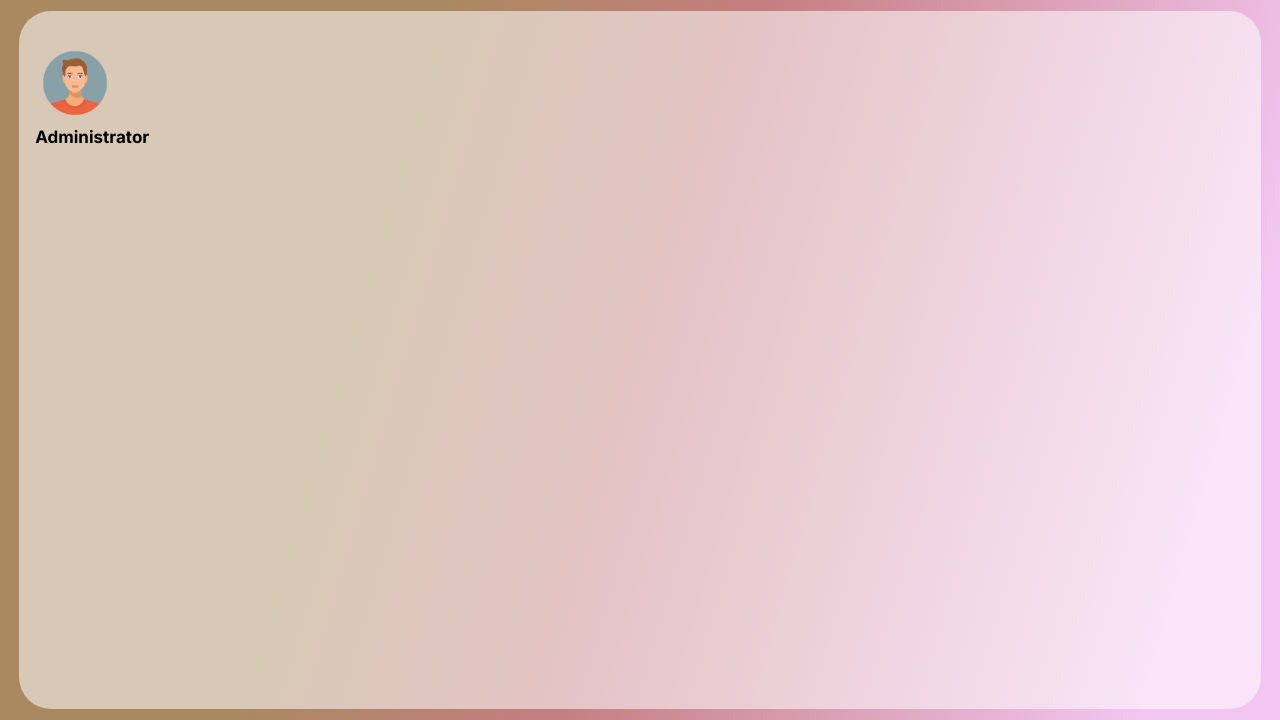
Repository: Zeeohn/react-admin-dash1
Page: /
The author's editor kept a copy of each file at every save. The page is drawn from the files as they stood at one save, then again after the next save.
The browser window is 1280 px wide. The pictures show the whole page.
The project was rebuilt for these pictures with package versions that can differ from the ones it lists, and the page was loaded fresh each time.

Above is the page before, as saved 2022-05-20 11:54:35.

### public/index.html
<!DOCTYPE html>
<html lang="en">
  <head>
    <meta charset="utf-8" />
    <meta name="viewport" content="width=device-width, initial-scale=1" />
    <meta name="theme-color" content="#000000" />
    <meta
      name="description"
      content="Web site created using create-react-app"
    />
    <link rel="preconnect" href="https://fonts.googleapis.com" />
    <link rel="preconnect" href="https://fonts.gstatic.com" crossorigin />
    <link
      href="https://fonts.googleapis.com/css2?family=Inter:wght@400;500;700&family=Poppins:ital,wght@0,100;0,200;0,300;0,400;0,500;0,600;0,700;0,800;0,900;1,100;1,200;1,300;1,400;1,500;1,600;1,700;1,800;1,900&display=swap"
      rel="stylesheet"
    />

    <style>
      body {
        margin: 0;
      }
    </style>
    <!--
      manifest.json provides metadata used when your web app is installed on a
      user's mobile device or desktop. See https://developers.google.com/web/fundamentals/web-app-manifest/
    -->
    <!--
      Notice the use of %PUBLIC_URL% in the tags above.
      It will be replaced with the URL of the `public` folder during the build.
      Only files inside the `public` folder can be referenced from the HTML.

      Unlike "/favicon.ico" or "favicon.ico", "%PUBLIC_URL%/favicon.ico" will
      work correctly both with client-side routing and a non-root public URL.
      Learn how to configure a non-root public URL by running `npm run build`.
    -->
    <title>React App</title>
  </head>
  <body>
    <noscript>You need to enable JavaScript to run this app.</noscript>
    <div id="root"></div>
    <!--
      This HTML file is a template.
      If you open it directly in the browser, you will see an empty page.

      You can add webfonts, meta tags, or analytics to this file.
      The build step will place the bundled scripts into the <body> tag.

      To begin the development, run `npm start` or `yarn start`.
      To create a production bundle, use `npm run build` or `yarn build`.
    -->
  </body>
</html>

### src/index.js
import React from 'react';
import ReactDOM from 'react-dom/client';
import App from './App';

const root = ReactDOM.createRoot(document.getElementById('root'));
root.render(
  <App />
)

// If you want to start measuring performance in your app, pass a function
// to log results (for example: reportWebVitals(console.log))
// or send to an analytics endpoint. Learn more: https://bit.ly/CRA-vitals

### src/App.js
import "./App.css";
import Sidebar from "./components/sidebar/Sidebar.jsx";

function App() {
  return (
    <div className="App">
      <div className="AppGlass">
        <Sidebar />
        <div></div>
        <div></div>
      </div>
    </div>
  );
}

export default App;

### src/App.css
:root {
  --yellow: linear-gradient(180deg, #f8d49a -146.42%, #fad79d -46.42%);
  --orange: #fca61f;
  --black: #242d49;
  --gray: #788097;
  --purple: linear-gradient(180deg, #bb67ff 0%, #c484f3 100%);
  --pink: #ff919d;
  --glass: rgba(255, 255, 255, 0.54);
  --boxShadow: 0px 19px 60px rgb(0 0 0 / 8%);
  --smboxShadow: -79px 51px 60px rgba(0, 0, 0, 0.08);
  --activeItem: #f799a354;
}

.App {
  background: linear-gradient(
    106.37deg,
    #aa8960 29.63%,
    #c57e81 51.55%,
    #f3c6f1 90.85%
  );
  height: 100vh;
  display: flex;
  justify-content: center;
  align-items: center;
  font-family: "Inter", sans-serif;
}

.AppGlass {
  display: grid;
  height: 97%;
  width: 97%;
  border-radius: 2rem;
  background-color: var(--glass);
  overflow: hidden;
  grid-template-columns: 11rem auto 23rem;
}

### src/components/sidebar/Sidebar.jsx
import React from "react";
import "./Sidebar.css";
import Placeholder from "../../imgs/placeholder.png";

const Sidebar = () => {
  return (
    <div className="Sidebar">
      {/*logo*/}
      <div className="logo">
        <img src={Placeholder} alt="Admin placeholder" />
        <span>
          Admin<span>istrator</span>
        </span>
      </div>
    </div>
  );
};

export default Sidebar;

### src/components/sidebar/Sidebar.css
.Sidebar {
  display: flex;
  flex-direction: column;
  position: relative;
  padding-top: 2rem;
  padding-left: 1rem;
  transition: all 300ms ease;
}

.logo {
  display: block;
  height: 5rem;
  font-weight: bold;
  font-size: 17px;
  gap: 1rem;
  align-items: center;
  justify-content: center;
  height: 2%;
}

.logo > img {
  width: 5rem;
  height: 5rem;
}

After the next save:
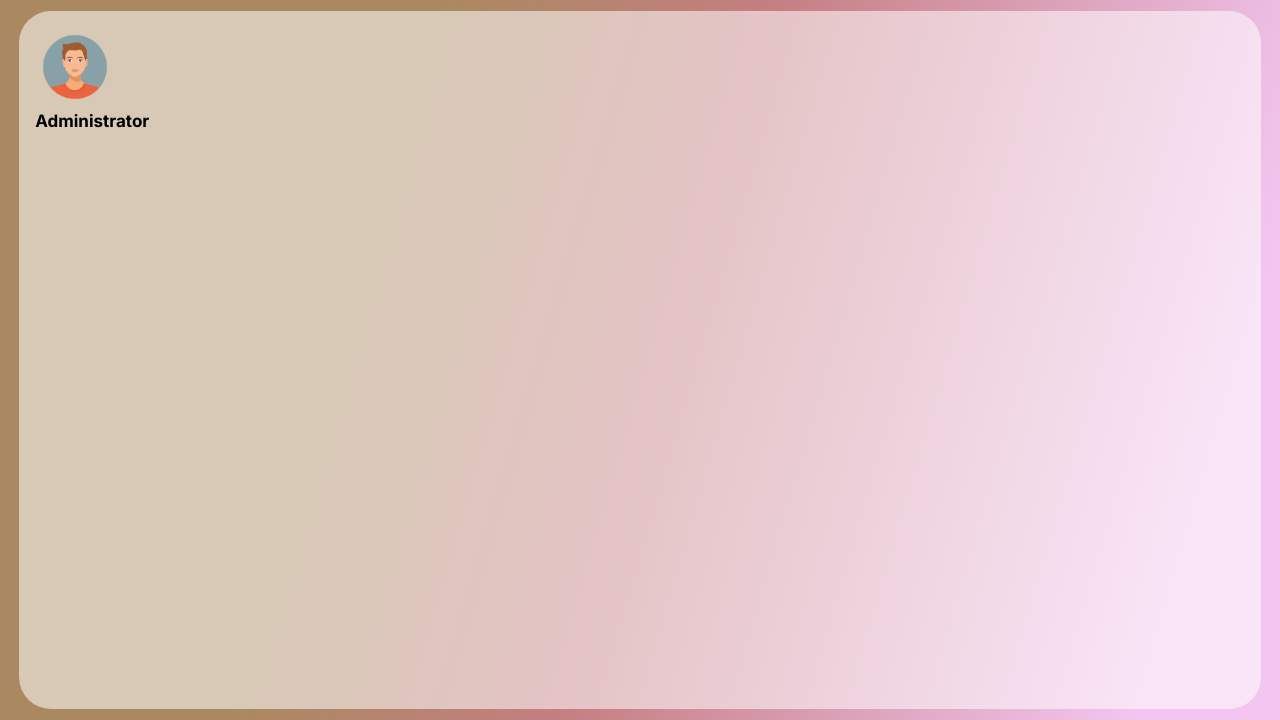
Saved 102 s later.
--- a/src/components/sidebar/Sidebar.css
+++ b/src/components/sidebar/Sidebar.css
@@ -2,17 +2,17 @@
   display: flex;
   flex-direction: column;
   position: relative;
-  padding-top: 2rem;
+  padding-top: 1rem;
   padding-left: 1rem;
   transition: all 300ms ease;
 }
 
 .logo {
   display: block;
-  height: 5rem;
+  height: 4rem;
   font-weight: bold;
   font-size: 17px;
-  gap: 1rem;
+  gap: 0.5rem;
   align-items: center;
   justify-content: center;
   height: 2%;
